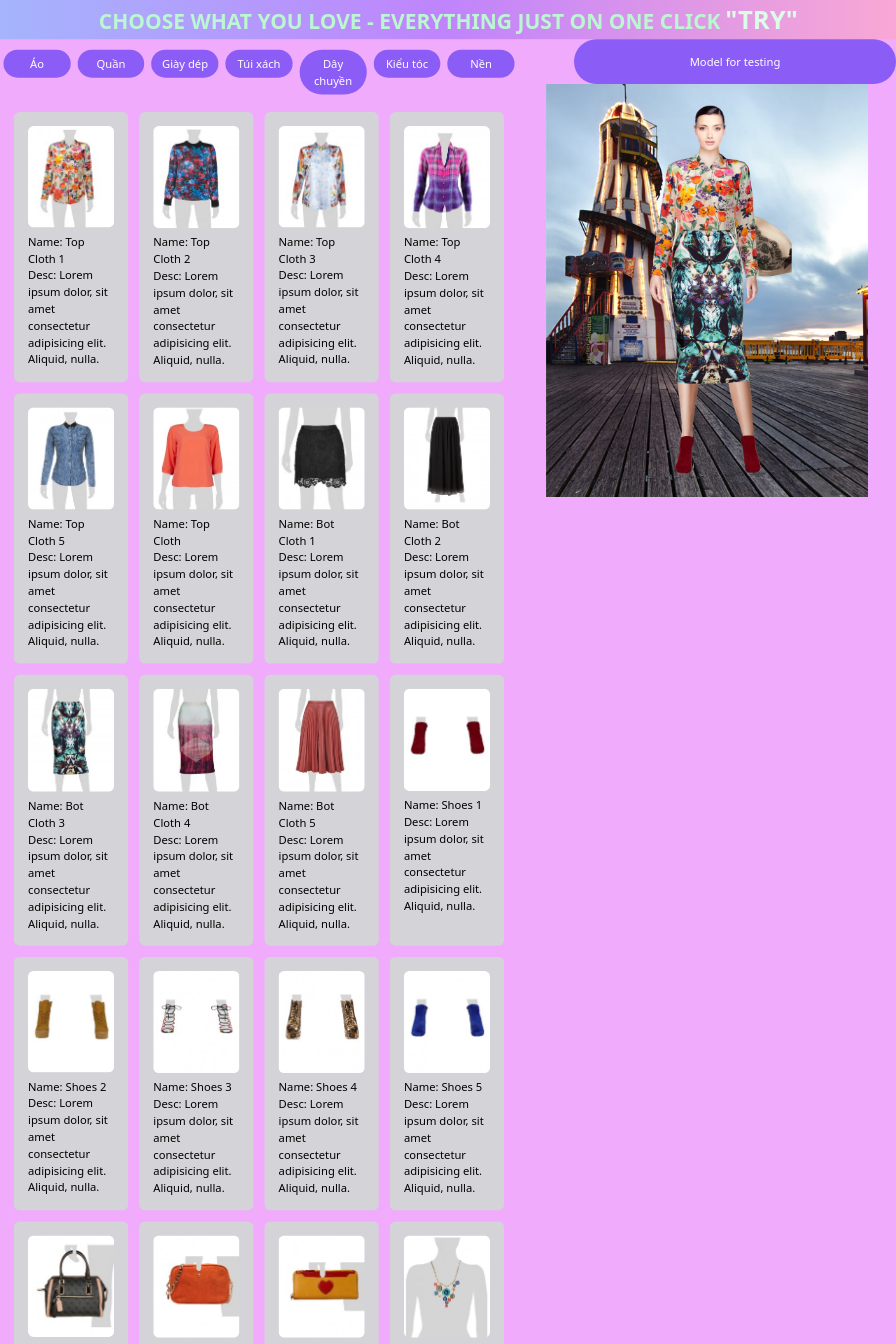
Repository: NguyenVietPhuQuy/ReactJs-TailWind-Redux-FunctionHook-ModelDesign
Page: / (app in modeldesign/)
These files come from the project's save history. The page is drawn as it stood at one moment and after the next save; the edit follows.
The browser window is 1280 px wide. The pictures show the part of the page from y = 0 to 1920 px (the page is 3451 px tall before and 3446 px after), at 70% of full size.
The project was rebuilt for these pictures with package versions that can differ from the ones it lists, and the page was loaded fresh each time. Also part of the build but not shown: modeldesign/src/App.css.

Above is the page before, as saved 2022-11-17 16:46:34.

### modeldesign/public/index.html
<!DOCTYPE html>
<html lang="en">
  <head>
    <meta charset="utf-8" />
    <link rel="icon" href="%PUBLIC_URL%/favicon.ico" />
    <meta name="viewport" content="width=device-width, initial-scale=1" />
    <meta name="theme-color" content="#000000" />
    <meta
      name="description"
      content="Web site created using create-react-app"
    />
    <!--bootstrap-->
    <link rel="stylesheet" href="https://cdnjs.cloudflare.com/ajax/libs/bootstrap/5.2.2/js/bootstrap.min.js">
    <link rel="apple-touch-icon" href="%PUBLIC_URL%/logo192.png" />
    <!--
      manifest.json provides metadata used when your web app is installed on a
      user's mobile device or desktop. See https://developers.google.com/web/fundamentals/web-app-manifest/
    -->
    <link rel="manifest" href="%PUBLIC_URL%/manifest.json" />
    <!--
      Notice the use of %PUBLIC_URL% in the tags above.
      It will be replaced with the URL of the `public` folder during the build.
      Only files inside the `public` folder can be referenced from the HTML.

      Unlike "/favicon.ico" or "favicon.ico", "%PUBLIC_URL%/favicon.ico" will
      work correctly both with client-side routing and a non-root public URL.
      Learn how to configure a non-root public URL by running `npm run build`.
    -->
    <title>React App</title>
  </head>
  <body>
    <noscript>You need to enable JavaScript to run this app.</noscript>
    <div id="root"></div>
    <!--
      This HTML file is a template.
      If you open it directly in the browser, you will see an empty page.

      You can add webfonts, meta tags, or analytics to this file.
      The build step will place the bundled scripts into the <body> tag.

      To begin the development, run `npm start` or `yarn start`.
      To create a production bundle, use `npm run build` or `yarn build`.
    -->
  </body>
</html>

### modeldesign/src/index.js
import React from 'react';
import ReactDOM from 'react-dom/client';
import './index.css';
import App from './App';
import reportWebVitals from './reportWebVitals';
import {Provider} from 'react-redux'
import store from './Components/Reducer/Store';
const root = ReactDOM.createRoot(document.getElementById('root'));
root.render(
  <React.StrictMode>
    <Provider store ={store}>
    <App/>
    </Provider>
  </React.StrictMode>
);

// If you want to start measuring performance in your app, pass a function
// to log results (for example: reportWebVitals(console.log))
// or send to an analytics endpoint. Learn more: https://bit.ly/CRA-vitals
reportWebVitals();

### modeldesign/src/App.js
import React from 'react';
import './App.css';
import Home from './Components/Home.js'
function App() {
  return (
    <div>
      <Home/>
    </div>
  );
}

export default App;

### modeldesign/src/Components/Reducer/Store.js
import {createStore} from "redux"
import rootReducer from "./RootReducer"

const store = createStore(rootReducer,window.__REDUX_DEVTOOLS_EXTENSION__ && window.__REDUX_DEVTOOLS_EXTENSION__())
export default store

### modeldesign/src/Components/Home.js
import React from "react";
import Header from './Header.js'
import Category from "./Category.js";
import ProductList from "./ProductList.js";
import Model from "./Model.js";
function Home() {
    return (
        <div className="container mx-auto relative bg-fuchsia-300">
            <section className=
            " bg-gradient-to-r from-indigo-300 via-purple-400 to-pink-300 w-full ring-2 ring-transparent">
                    <Header/>
            </section>
            <section className="main flex flex-row">
                <div className="basis-7/12">
                    <Category/>
                    <ProductList/>
                </div>
                <div className="basis-5/12">
                    <Model />
                </div>
            </section>
        </div>
    )
}
export default Home

### modeldesign/src/Components/Reducer/RootReducer.js
import { combineReducers } from "redux";
import ProductReducer from './ProductReducer'
import CategoryReducer from './CategoryReducer'

const RootReducer = combineReducers({
    products: ProductReducer,
    categories: CategoryReducer,

})

export default RootReducer

### modeldesign/src/Components/Header.js
import React from "react";
import 'animate.css'
function Header(){
    return (
        <div className="text-center text-3xl p-2 font-semibold text-green-200 ">
            CHOOSE WHAT YOU LOVE - EVERYTHING JUST ON ONE CLICK <span className="text-green-100 font-bold text-4xl animate__animated animate__pulse animate__infinite inline-block">"TRY" </span>
        </div>
    )
}
export default Header

### modeldesign/src/Components/Category.js
import React from "react";
import { useSelector } from 'react-redux'


function Category(props) {
    const returnValue = useSelector(state => state.categories.category)
    return (
        <div className=" flex flex-row w-full">
            {returnValue.map((item) => {
                return (
                    <div key={item.tabName}className="w-1/2" style={{marginTop: 10, padding:5}}>
                        <button className="p-2 w-full rounded-full text-white hover:text-pink-100
                         bg-violet-500 hover:bg-violet-600 active:bg-violet-700 focus:outline-none
                         ease-in duration-200"
                         style={{ outline:"none",border: "none"}} >
                            {item.showName}
                        </button>
                    </div>
                )
            })}
        </div>
    )
}

export default Category

### modeldesign/src/Components/ProductList.js
import React from "react";
import { useSelector } from "react-redux";
function ProductList() {
    const productList = useSelector(state => state.products.product)
    console.log(productList)
    return (
        <div className="grid grid-cols-4 gap-4 m-5 text-left">
            {productList.map(item => {
                return (
                    <div className="card hover:bg-zinc-400  bg-zinc-300 rounded-lg p-5 ease-in duration-100">
                        <img alt="" src={item.imgSrc_jpg}  className="rounded-lg flex-shrink-0 w-full"></img>
                        <div className="mt-2">
                        <span style={{display:"block"}}>Name: {item.name}</span>
                        <span style={{display:"block"}}>Desc: {item.desc}</span>
                        </div>
                    </div>
                )
            })}
        </div>)
}
export default ProductList

### modeldesign/src/Components/Model.js
import React from "react";
import './Model.css'
function Model() {
    return (
        <div>
            <div className="text-center p-5 rounded-full text-white hover:text-pink-100
                         bg-violet-500 hover:bg-violet-600 active:bg-violet-700 focus:outline-none
                         ease-in duration-200 justify-center items-center flex "
                 style={{width:460, marginLeft: 80}}
                         >Model for testing</div>
            <div className="contain  " style={{ backgroundImage: `url(/images/background/background1.jpg)` }}>
                <div className="body" style={{ backgroundImage: "url(images/allbody/bodynew.png)" }} />
                <div className="model" style={{ backgroundImage: "url(images/model/1000new.png)" }} />
                <div className="bikinitop" style={{ backgroundImage: `url(/images/allbody/bikini_bra.png)` }} />
                <div className="bikinitop top-cloth" style={{ backgroundImage: `url(/images/clothes/topcloth1.png)` }} />
                <div className="bikinibottom" style={{ backgroundImage: "url(images/allbody/bikini_pantsnew.png)" }} />
                <div className="bikinitop bot-cloth" style={{ backgroundImage: `url(/images/clothes/botcloth3.png)` }} />
                <div className="feetleft" style={{ backgroundImage: "url(images/allbody/feet_high_leftnew.png)" }} />
                <div className="feetright" style={{ backgroundImage: "url(images/allbody/feet_high_rightnew.png)" }} />
                <div className="shoes" style={{ backgroundImage: `url(/images/shoes/shoes1.png)` }} />
            </div>
        </div>)
}
export default Model

### modeldesign/src/Components/Reducer/ProductReducer.js

const initialState = {
    product: [{
        id: 'topcloth_1',
        type: "topclothes",
        name: "Top Cloth 1",
        desc: "Lorem ipsum dolor, sit amet consectetur adipisicing elit. Aliquid, nulla.",
        imgSrc_jpg: 'images/clothes/topcloth1_show.jpg',
        imgSrc_png: 'images/clothes/topcloth1.png',
    },
    {
        id: 'topcloth_2',
        type: "topclothes",
        name: "Top Cloth 2",
        desc: "Lorem ipsum dolor, sit amet consectetur adipisicing elit. Aliquid, nulla.",
        imgSrc_jpg: 'images/clothes/topcloth2_show.jpg',
        imgSrc_png: 'images/clothes/topcloth2.png',
    },
    {
        id: 'topcloth_3',
        type: "topclothes",
        name: "Top Cloth 3",
        desc: "Lorem ipsum dolor, sit amet consectetur adipisicing elit. Aliquid, nulla.",
        imgSrc_jpg: 'images/clothes/topcloth3_show.jpg',
        imgSrc_png: 'images/clothes/topcloth3.png',
    },
    {
        id: 'topcloth_4',
        type: "topclothes",
        name: "Top Cloth 4",
        desc: "Lorem ipsum dolor, sit amet consectetur adipisicing elit. Aliquid, nulla.",
        imgSrc_jpg: 'images/clothes/topcloth4_show.jpg',
        imgSrc_png: 'images/clothes/topcloth4.png',
    },
    {
        id: 'topcloth_5',
        type: "topclothes",
        name: "Top Cloth 5",
        desc: "Lorem ipsum dolor, sit amet consectetur adipisicing elit. Aliquid, nulla.",
        imgSrc_jpg: 'images/clothes/topcloth5_show.jpg',
        imgSrc_png: 'images/clothes/topcloth5.png',
    },
    {
        id: 'topcloth_6',
        type: "topclothes",
        name: "Top Cloth ",
        desc: "Lorem ipsum dolor, sit amet consectetur adipisicing elit. Aliquid, nulla.",
        imgSrc_jpg: 'images/clothes/topcloth6_show.jpg',
        imgSrc_png: 'images/clothes/topcloth6.png',
    },

    // Both clothes
    {
        id: 'botcloth_1',
        type: "botclothes",
        name: "Bot Cloth 1",
        desc: "Lorem ipsum dolor, sit amet consectetur adipisicing elit. Aliquid, nulla.",
        imgSrc_jpg: 'images/clothes/botcloth1_show.jpg',
        imgSrc_png: 'images/clothes/botcloth1.png',
    },
    {
        id: 'botcloth_2',
        type: "botclothes",
        name: "Bot Cloth 2",
        desc: "Lorem ipsum dolor, sit amet consectetur adipisicing elit. Aliquid, nulla.",
        imgSrc_jpg: 'images/clothes/botcloth2_show.jpg',
        imgSrc_png: 'images/clothes/botcloth2.png',
    },
    {
        id: 'botcloth_3',
        type: "botclothes",
        name: "Bot Cloth 3",
        desc: "Lorem ipsum dolor, sit amet consectetur adipisicing elit. Aliquid, nulla.",
        imgSrc_jpg: 'images/clothes/botcloth3_show.jpg',
        imgSrc_png: 'images/clothes/botcloth3.png',
    },
    {
        id: 'botcloth_4',
        type: "botclothes",
        name: "Bot Cloth 4",
        desc: "Lorem ipsum dolor, sit amet consectetur adipisicing elit. Aliquid, nulla.",
        imgSrc_jpg: 'images/clothes/botcloth4_show.jpg',
        imgSrc_png: 'images/clothes/botcloth4.png',
    },
    {
        id: 'botcloth_5',
        type: "botclothes",
        name: "Bot Cloth 5",
        desc: "Lorem ipsum dolor, sit amet consectetur adipisicing elit. Aliquid, nulla.",
        imgSrc_jpg: 'images/clothes/botcloth5_show.jpg',
        imgSrc_png: 'images/clothes/botcloth5.png',
    },

    // Shoes
    {
        id: 'shoes_1',
        type: "shoes",
        name: "Shoes 1",
        desc: "Lorem ipsum dolor, sit amet consectetur adipisicing elit. Aliquid, nulla.",
        imgSrc_jpg: 'images/shoes/shoes1_show.jpg',
        imgSrc_png: 'images/shoes/shoes1.png',
    },
    {
        id: 'shoes_2',
        type: "shoes",
        name: "Shoes 2",
        desc: "Lorem ipsum dolor, sit amet consectetur adipisicing elit. Aliquid, nulla.",
        imgSrc_jpg: 'images/shoes/shoes2_show.jpg',
        imgSrc_png: 'images/shoes/shoes2.png',
    },
    {
        id: 'shoes_3',
        type: "shoes",
        name: "Shoes 3",
        desc: "Lorem ipsum dolor, sit amet consectetur adipisicing elit. Aliquid, nulla.",
        imgSrc_jpg: 'images/shoes/shoes3_show.jpg',
        imgSrc_png: 'images/shoes/shoes3.png',
    },
    {
        id: 'shoes_4',
        type: "shoes",
        name: "Shoes 4",
        desc: "Lorem ipsum dolor, sit amet consectetur adipisicing elit. Aliquid, nulla.",
        imgSrc_jpg: 'images/shoes/shoes4_show.jpg',
        imgSrc_png: 'images/shoes/shoes4.png',
    },
    {
        id: 'shoes_5',
        type: "shoes",
        name: "Shoes 5",
        desc: "Lorem ipsum dolor, sit amet consectetur adipisicing elit. Aliquid, nulla.",
        imgSrc_jpg: 'images/shoes/shoes5_show.jpg',
        imgSrc_png: 'images/shoes/shoes5.png',
    },

    // Handbags
    {
        id: 'handbag_1',
        type: "handbags",
        name: "Handbag 1",
        desc: "Lorem ipsum dolor, sit amet consectetur adipisicing elit. Aliquid, nulla.",
        imgSrc_jpg: 'images/handbags/handbag1_show.jpg',
        imgSrc_png: 'images/handbags/handbag1.png',
    },
    {
        id: 'handbag_2',
        type: "handbags",
        name: "Handbag 2",
        desc: "Lorem ipsum dolor, sit amet consectetur adipisicing elit. Aliquid, nulla.",
        imgSrc_jpg: 'images/handbags/handbag2_show.jpg',
        imgSrc_png: 'images/handbags/handbag2.png',
    },
    {
        id: 'handbag_3',
        type: "handbags",
        name: "Handbag 3",
        desc: "Lorem ipsum dolor, sit amet consectetur adipisicing elit. Aliquid, nulla.",
        imgSrc_jpg: 'images/handbags/handbag3_show.jpg',
        imgSrc_png: 'images/handbags/handbag3.png',
    },

    // Necklaces
    {
        id: 'necklace_1',
        type: "necklaces",
        name: "Necklace 1",
        desc: "Lorem ipsum dolor, sit amet consectetur adipisicing elit. Aliquid, nulla.",
        imgSrc_jpg: 'images/necklaces/necklace1_show.jpg',
        imgSrc_png: 'images/necklaces/necklace1.png',
    },
    {
        id: 'necklace_2',
        type: "necklaces",
        name: "Necklace 2",
        desc: "Lorem ipsum dolor, sit amet consectetur adipisicing elit. Aliquid, nulla.",
        imgSrc_jpg: 'images/necklaces/necklace2_show.jpg',
        imgSrc_png: 'images/necklaces/necklace2.png',
    },
    {
        id: 'necklace_3',
        type: "necklaces",
        name: "Necklace 3",
        desc: "Lorem ipsum dolor, sit amet consectetur adipisicing elit. Aliquid, nulla.",
        imgSrc_jpg: 'images/necklaces/necklace3_show.jpg',
        imgSrc_png: 'images/necklaces/necklace3.png',
    },

    // Hairstyle
    {
        id: 'hairstyle_1',
        type: "hairstyle",
        name: "Hairstyle 1",
        desc: "Lorem ipsum dolor, sit amet consectetur adipisicing elit. Aliquid, nulla.",
        imgSrc_jpg: 'images/hairstyle/hairstyle1_show.jpg',
        imgSrc_png: 'images/hairstyle/hairstyle1.png',
    },
    {
        id: 'hairstyle_2',
        type: "hairstyle",
        name: "Hairstyle 2",
        desc: "Lorem ipsum dolor, sit amet consectetur adipisicing elit. Aliquid, nulla.",
        imgSrc_jpg: 'images/hairstyle/hairstyle2_show.jpg',
        imgSrc_png: 'images/hairstyle/hairstyle2.png',
    },
    {
        id: 'hairstyle_3',
        type: "hairstyle",
        name: "Hairstyle 3",
        desc: "Lorem ipsum dolor, sit amet consectetur adipisicing elit. Aliquid, nulla.",
        imgSrc_jpg: 'images/hairstyle/hairstyle3_show.jpg',
        imgSrc_png: 'images/hairstyle/hairstyle3.png',
    },

    // Background
    {
        id: 'background_1',
        type: "background",
        name: "Background 1",
        desc: "Lorem ipsum dolor, sit amet consectetur adipisicing elit. Aliquid, nulla.",
        imgSrc_jpg: 'images/background/background1_show.jpg',
        imgSrc_png: 'images/background/background1.jpg',
    },
    {
        id: 'background_2',
        type: "background",
        name: "Background 2",
        desc: "Lorem ipsum dolor, sit amet consectetur adipisicing elit. Aliquid, nulla.",
        imgSrc_jpg: 'images/background/background2_show.jpg',
        imgSrc_png: 'images/background/background2.jpg',
    },
    {
        id: 'background_3',
        type: "background",
        name: "Background 3",
        desc: "Lorem ipsum dolor, sit amet consectetur adipisicing elit. Aliquid, nulla.",
        imgSrc_jpg: 'images/background/background3_show.jpg',
        imgSrc_png: 'images/background/background3.jpg',
    },
    {
        id: 'background_4',
        type: "background",
        name: "Background 4",
        desc: "Lorem ipsum dolor, sit amet consectetur adipisicing elit. Aliquid, nulla.",
        imgSrc_jpg: 'images/background/background4_show.jpg',
        imgSrc_png: 'images/background/background4.jpg',
    },
    {
        id: 'background_5',
        type: "background",
        name: "Background 5",
        desc: "Lorem ipsum dolor, sit amet consectetur adipisicing elit. Aliquid, nulla.",
        imgSrc_jpg: 'images/background/background5_show.jpg',
        imgSrc_png: 'images/background/background5.jpg',
    },
    {
        id: 'background_6',
        type: "background",
        name: "Background 6",
        desc: "Lorem ipsum dolor, sit amet consectetur adipisicing elit. Aliquid, nulla.",
        imgSrc_jpg: 'images/background/background6_show.jpg',
        imgSrc_png: 'images/background/background6.jpg',
    },
    {
        id: 'background_7',
        type: "background",
        name: "Background 7",
        desc: "Lorem ipsum dolor, sit amet consectetur adipisicing elit. Aliquid, nulla.",
        imgSrc_jpg: 'images/background/background7_show.jpg',
        imgSrc_png: 'images/background/background7.jpg',
    },
    ],
}
const ProductReducer = (state = initialState) => {
    return state
}

export default ProductReducer

### modeldesign/src/Components/Reducer/CategoryReducer.js
const initialState ={
    category: [
        { tabName: 'tabTopClothes', showName: 'Áo', type: 'topclothes' },
        { tabName: 'tabBotClothes', showName: 'Quần', type: 'botclothes' },
        { tabName: 'tabShoes', showName: 'Giày dép', type: 'shoes' },
        { tabName: 'tabHandBags', showName: 'Túi xách', type: 'handbags' },
        { tabName: 'tabNecklaces', showName: 'Dây chuyền', type: 'necklaces' },
        { tabName: 'tabHairStyle', showName: 'Kiểu tóc', type: 'hairstyle' },
        { tabName: 'tabBackground', showName: 'Nền', type: 'background' }
    ]
}
const CategoryReducer = (state=initialState) =>{
    return state
}
export default CategoryReducer

### modeldesign/src/Components/Model.css
.contain {
    width: 460px;
    height: 590px;
    margin: 0 auto;
    position: relative;
  }
  .body {
    width: 250px;
    height: 500px;
    position: absolute;
    top: 12%;
    left: 22%;
  }
  .bikinitop {
    width: 250px;
    height: 500px;
    position: absolute;
    top: 12%;
    left: 22%;
    z-index: 1;
  }
  .top-cloth {
    background-size: cover;
    z-index: 3;
  }

  .bikinibottom {
    width: 250px;
    height: 500px;
    position: absolute;
    top: 12%;
    left: 22%;
    z-index: 1;
  }

  .bot-cloth {
    background-size: cover;
    z-index: 3;
  }

  .model {
    width: 60px;
    height: 77px;
    position: absolute;
    top: 5%;
    left: 45.5%;
    z-index: 1;
  }

  .feetleft {
    width: 25px;
    height: 41px;
    position: absolute;
    bottom: 6.5%;
    left: 40.4%;
    z-index: 1;
  }

  .feetright {
    width: 25px;
    height: 41px;
    position: absolute;
    bottom: 6.5%;
    right: 33.3%;
    z-index: 1;
  }
  .shoes {
    width: 500px;
    height: 1000px;
    position: absolute;
    bottom: -40%;
    right: -3.5%;
    transform: scale(0.5);
    z-index: 1;
  }

  .hairstyle {
    width: 1000px;
    height: 1000px;
    position: absolute;
    top: -75%;
    right: -57%;
    transform: scale(0.16);
    z-index: 4;
  }

  .handbag {
    width: 500px;
    height: 1000px;
    position: absolute;
    bottom: -40.5%;
    right: -3.5%;
    transform: scale(0.5);
    z-index: 4;
  }

  .necklace {
    width: 500px;
    height: 1000px;
    position: absolute;
    bottom: -40%;
    right: -3.5%;
    transform: scale(0.5);
    z-index: 4;
  }

Loaded but not shown: modeldesign/src/index.css (common file); modeldesign/src/reportWebVitals.js (common file); modeldesign/tailwind.config.js (common file)

After the next save:
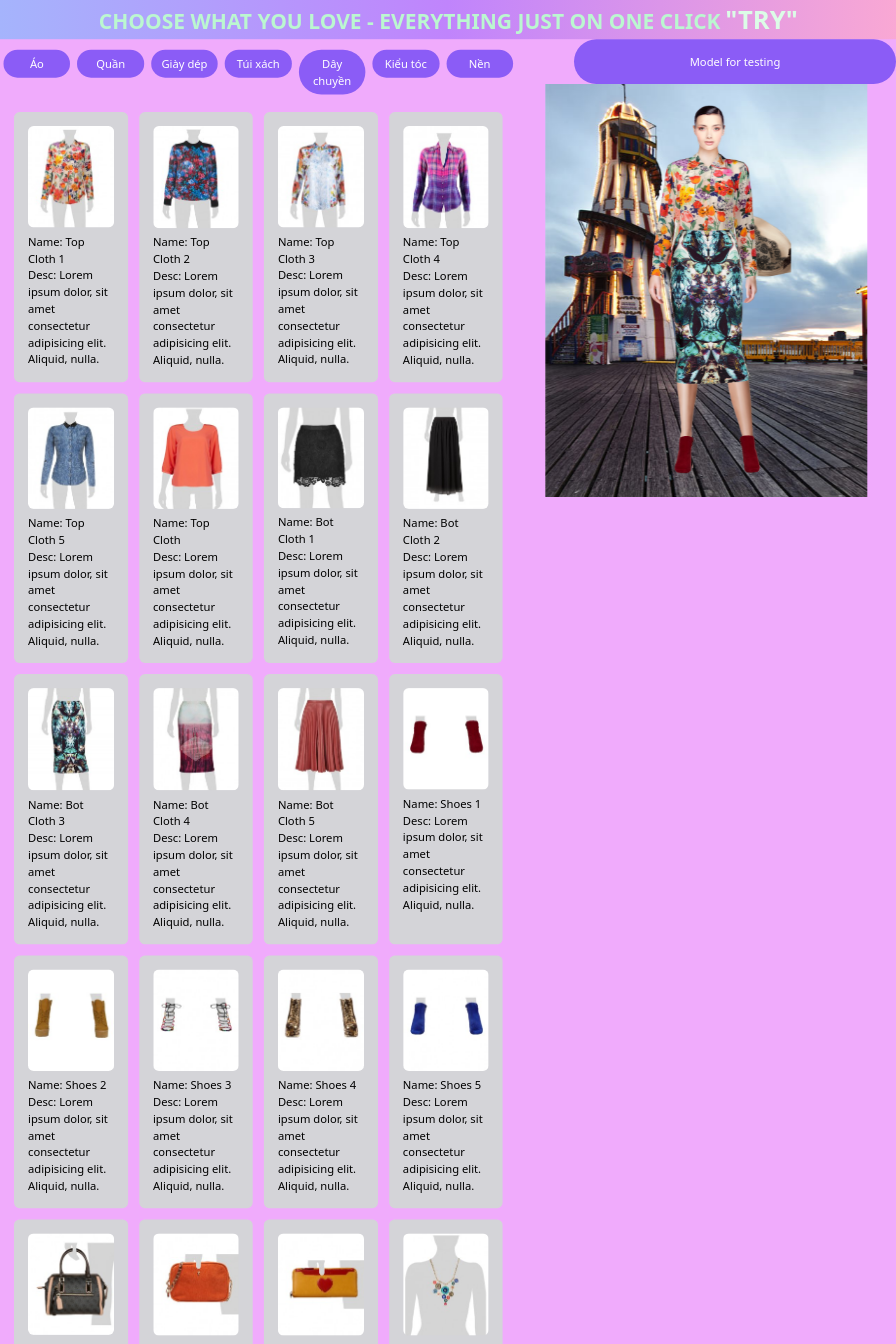
Saved 8 s later.
--- a/modeldesign/src/Components/Model.js
+++ b/modeldesign/src/Components/Model.js
@@ -6,7 +6,7 @@ function Model() {
             <div className="text-center p-5 rounded-full text-white hover:text-pink-100
                          bg-violet-500 hover:bg-violet-600 active:bg-violet-700 focus:outline-none
                          ease-in duration-200 justify-center items-center flex "
-                 style={{width:460, marginLeft: 80}}
+                 style={{width:460, marginLeft: 82}}
                          >Model for testing</div>
             <div className="contain  " style={{ backgroundImage: `url(/images/background/background1.jpg)` }}>
                 <div className="body" style={{ backgroundImage: "url(images/allbody/bodynew.png)" }} />
